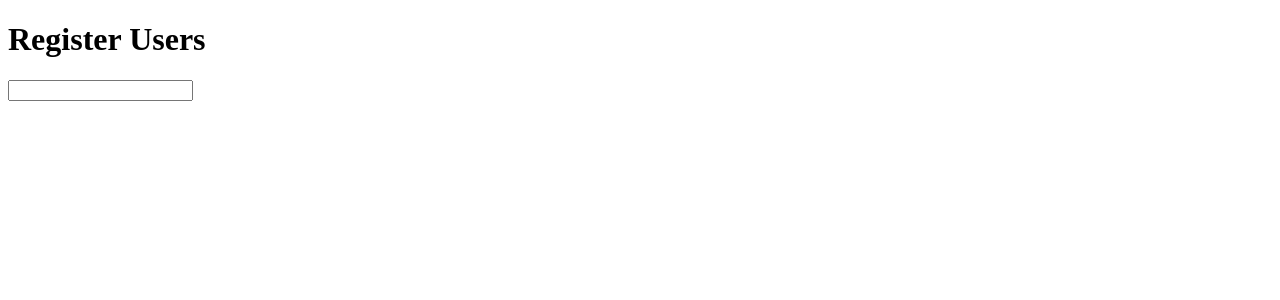
Repository: Andres-Velasco07/app-cym-repo
Page: templates/register.html
The author's editor kept a record of every edit. The page is drawn from the files as they stood at one moment, then again after the next edit.
The browser window is 1280 px wide. The pictures show the whole page.

Above is the page before.

### templates/register.html
<!DOCTYPE html>
<html>
    <head>
        <meta http-equiv="content-type" content="text/html; charset=utf-8" />
        <title>Web Page</title>
    </head>
    <body>
        <h1>Register Users</h1>
        <form>
            <label></label> <input type="text"/>
        </form>

        </form>
    </body>
</html>

After the next edit:
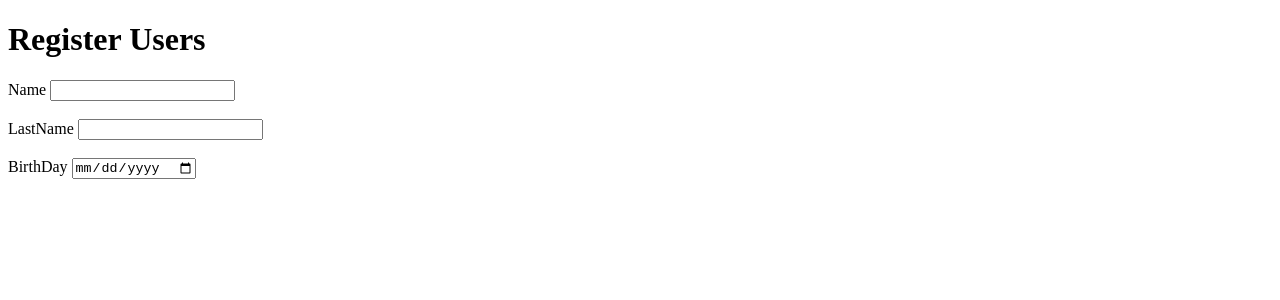
The edit:
--- a/templates/register.html
+++ b/templates/register.html
@@ -7,9 +7,9 @@
     <body>
         <h1>Register Users</h1>
         <form>
-            <label></label> <input type="text"/>
-        </form>
-
+            <label>Name</label> <input type="text"/> <br> <br>
+            <label>LastName</label> <input type="text"/> <br> <br>
+            <label>BirthDay</label> <input type="date"/> <br> <br>
         </form>
     </body>
 </html>
